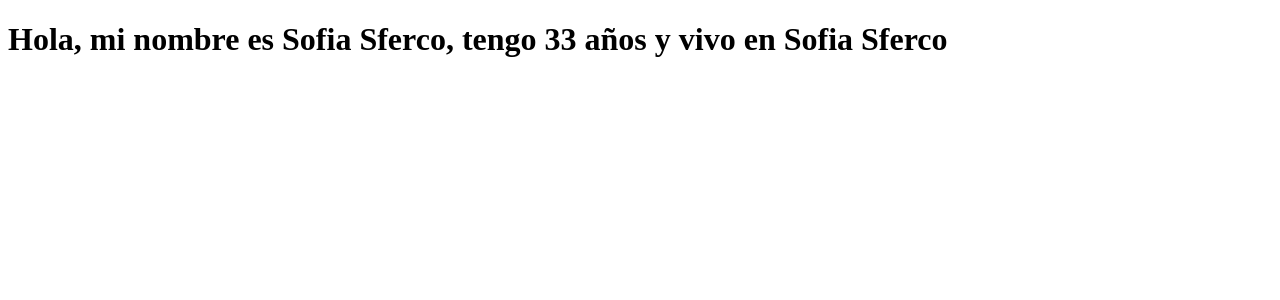
Repository: SofiaSferco/PWA-2026
Page: practico01/index.html
These files come from the project's save history. The page is drawn as it stood at one moment and after the next save; the edit follows.
The browser window is 1280 px wide. The pictures show the whole page.

Above is the page before, as saved 2026-09-10 00:09:40.

After the next save:
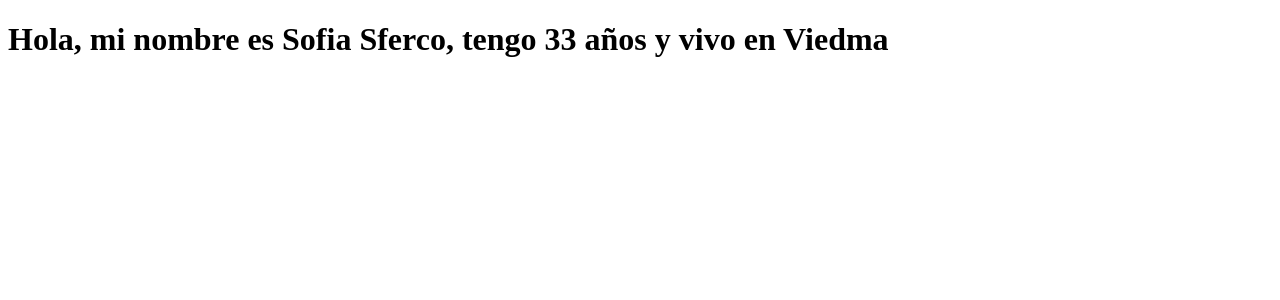
Saved 4 s later.
--- a/practico01/index.html
+++ b/practico01/index.html
@@ -7,7 +7,7 @@
 </head>
 <body>
     <div id="app">
-        <h1>Hola, mi nombre es {{nombre}}, tengo {{edad}} años y vivo en {{nombre}}</h1>
+        <h1>Hola, mi nombre es {{nombre}}, tengo {{edad}} años y vivo en {{ciudad}}</h1>
     </div>
     <script>
        var app= new Vue({
